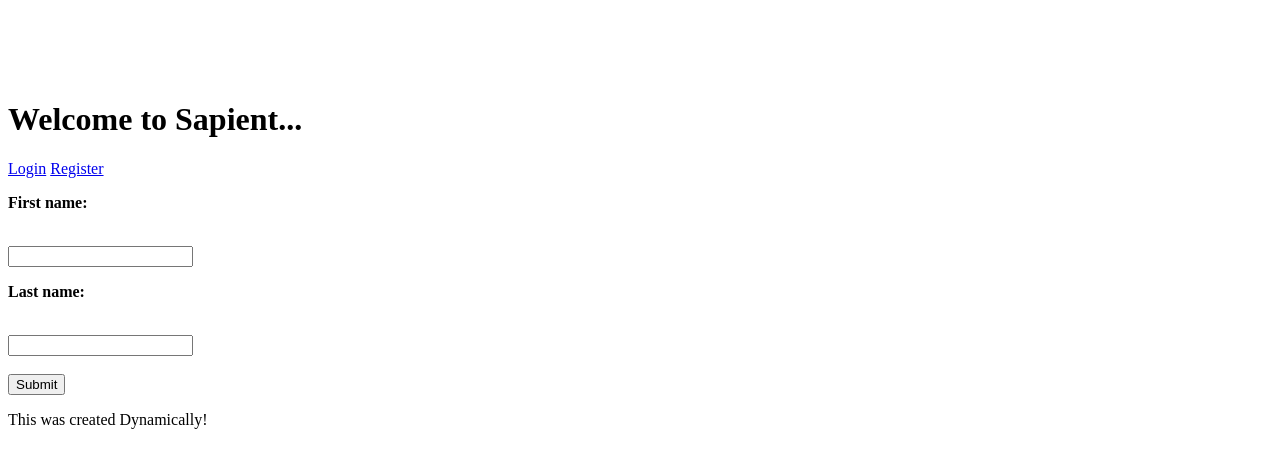
Repository: LsCodeMaster/Training
Page: http://localhost/WebDemo/
An editor plug-in stored every save of this project. The page is shown before and after the next save, followed by the edit.
The browser window is 1280 px wide. The pictures show the whole page.
The page is served by Tomcat 9. Other server files are loaded and not shown.

Above is the page before, as saved 2015-09-15 09:33:23.

### WebDemo/WebContent/Sapient.html
<!DOCTYPE html>
<html>
	<head>
	<meta charset="ISO-8859-1">
	<title>Sapient</title>
	<link type = "text/css" href="css/style.css" rel="stylesheet">
	</head>
	<body>
		<br><br><br><br>
		<h1 id="title">Welcome to Sapient...</h1>
		<a href="html/static/login.html">Login</a>
		<a href="html/static/Registration.html">Register</a>
		<form name = "getName" action="html/static/login.html" onsubmit="return validateForm()" method="post">
			<p id="p1"><strong>First name:</strong></p><br>
			<input type="text" onkeypress="changeUp()" name="firstname">
			<br>
			<p id="p2"><strong>Last name:</strong></p><br>
			<input type="text" onclick="objectTest()" onkeypress="changeUp()" name="lastname">
			<br><br>
			<input type="submit" value="Submit" id = "btn">
		</form>
		<div id = "dynamic"></div>
		<script type="text/javascript" src="js/code.js">
 		</script>
	</body>
</html>

### WebDemo/WebContent/css/style.css
.centeredBox{
    margin: auto;
	border-style: ridge;
	border-color: aqua;
	width: 75%;
	padding: 40 px;
	padding-left: 40px;
	padding-right: 40px;
}

### WebDemo/WebContent/js/code.js
function validateForm() {
	var firstName = document.forms["getName"]["firstname"].value;
	var lastName = document.forms["getname"]["lastname"].value;
	if (firstName == null || firstName == "" || lastName == null
			|| lastName == "") {
		alert("Name must be filled out");
		return false;
	}
}
function getRandomColor() {
	var letters = '0123456789ABCDEF'.split('');
	var color = '#';
	for (var i = 0; i < 6; i++) {
		color += letters[Math.floor(Math.random() * 16)];
	}
	return color;
}
function Person(first,last,age) {
	this.first_name = first;
	this.last_name = last;
	this.age = age;
	this.func = function(){
		alert("Hi");
	};
}

var hashMap = {
	key : 1,
	value : 23,
	getValue : function(){
		return this.value;
	}
};

function objectTest(){
	var Ian = new Person("Ian", "Liszewski", 23);
	alert(Ian.first_name);
	Ian.func();
	alert(hashMap.key);
	alert(hashMap.getValue());
}

function changeUp() {
	document.getElementById('title').style.color = getRandomColor();
	document.getElementById('p1').style.color = getRandomColor();
	document.getElementById('p2').style.color = getRandomColor();
	document.getElementById('btn').style.background = getRandomColor();
	document.body.style.backgroundColor = getRandomColor();
}
var para = document.createElement("p");
var text = document.createTextNode("This was created Dynamically!");
para.appendChild(text);
document.getElementById("dynamic").appendChild(para);
var myObj = new Object();
myObj.type = "object";
alert(myObj.type);
alert(myObj["type"]);
//setInterval(changeUp, 1000);

After the next save:
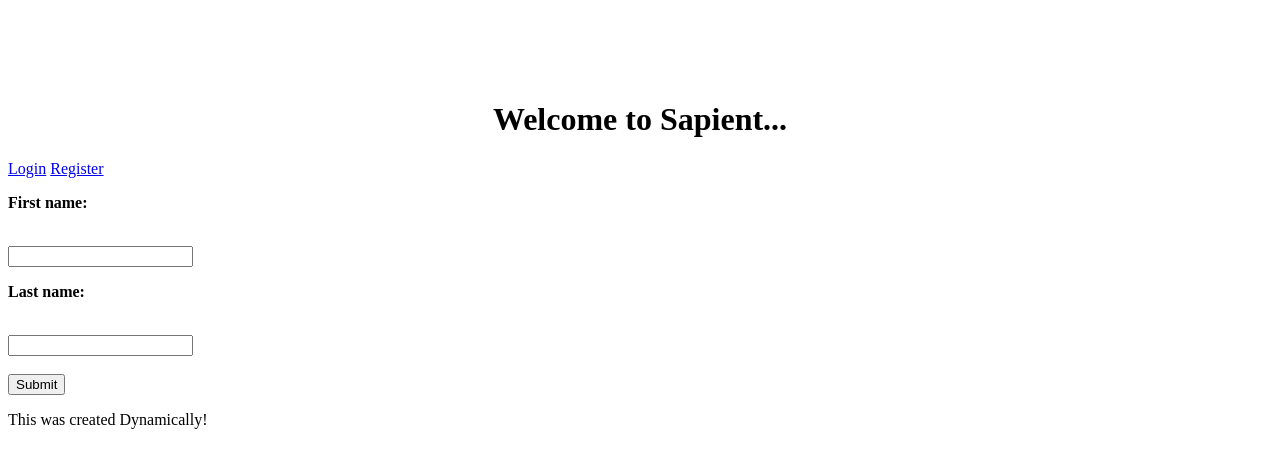
Saved 104 s later.
--- a/WebDemo/WebContent/css/style.css
+++ b/WebDemo/WebContent/css/style.css
@@ -7,3 +7,6 @@
 	padding-left: 40px;
 	padding-right: 40px;
 }
+h1{
+    text-align: center;
+}
